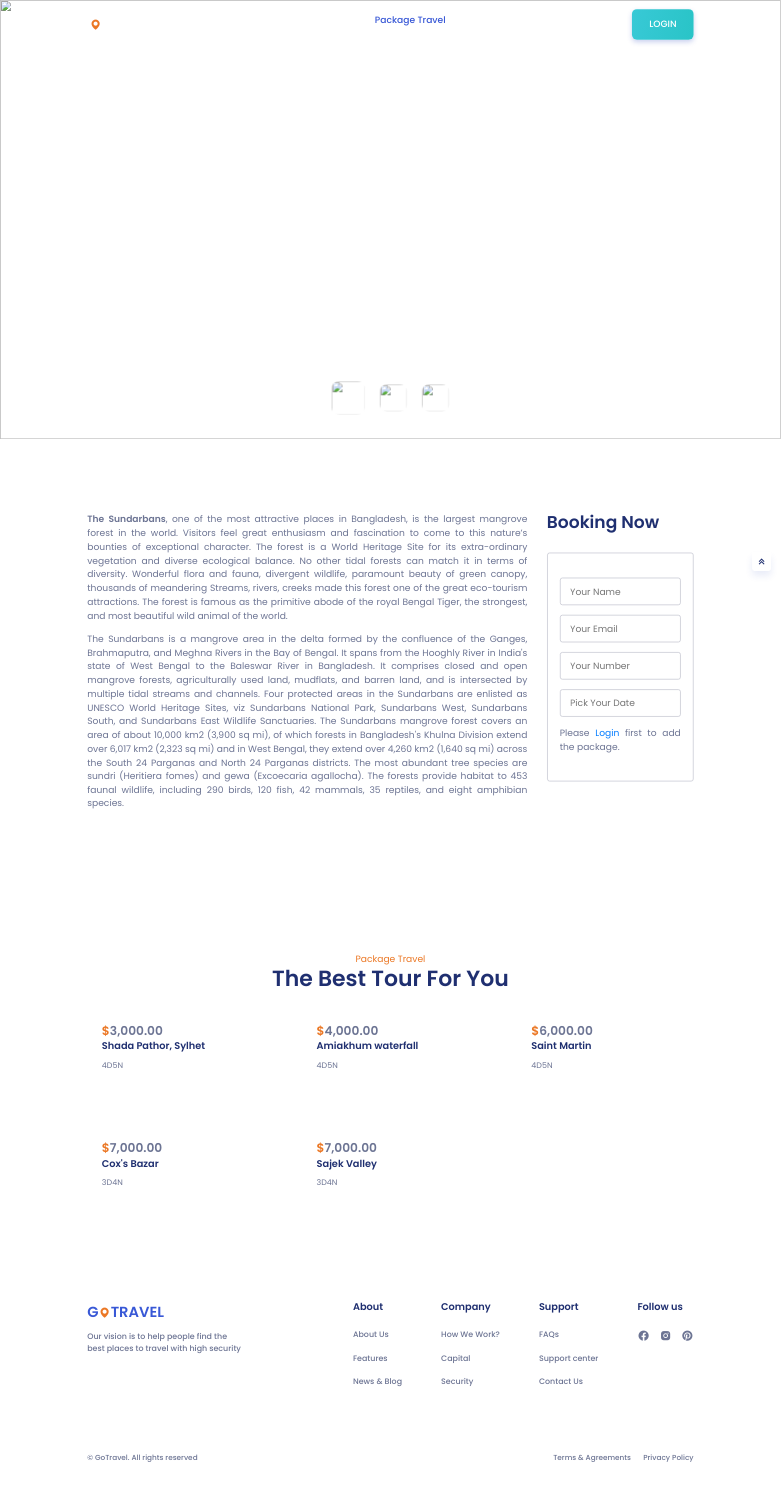
Repository: albushra2/GojordanForhamzeh
Page: http://localhost/travel-packages/sundarban
The author's editor kept a copy of each file at every save. The page is drawn from the files as they stood at one save, then again after the next save.
The browser window is 1280 px wide. The pictures show the whole page, at 61% of full size.
The page is served by the project's Laravel application, run on PHP 8.4 with Laravel 10. Other server files are loaded and not shown. The database holds what the project's SQL file puts in it.

Above is the page before, as saved 2024-05-17 18:24:00.

### resources/views/travel_packages/show.blade.php
@extends('layouts.frontend')

@section('content')
 <!--==================== HOME ====================-->
 <section>
        <div class="swiper-container gallery-top">
          <div class="swiper-wrapper">
          @foreach($travel_package->galleries as $gallery)
            <section class="islands swiper-slide">
              <img src="{{ Storage::url($gallery->images) }}" alt="" class="islands__bg" />

              <div class="islands__container container">
                <div class="islands__data">
                  <h2 class="islands__subtitle">Explore</h2>
                  <h1 class="islands__title">{{ $gallery->name }}</h1>
                </div>
              </div>
            </section>
          @endforeach
          </div>
        </div>

        <!--========== CONTROLS ==========-->
        <div class="controls gallery-thumbs">
          <div class="controls__container swiper-wrapper">
           @foreach($travel_package->galleries as $gallery)
            <img
              src="{{ Storage::url($gallery->images) }}"
              alt=""
              class="controls__img swiper-slide"
            />
           @endforeach
          </div>
        </div>
      </section>

      <section class="blog section" id="blog">
        <div class="blog__container container">
          <div class="content__container">
            <div class="blog__detail">
            {!! $travel_package->description !!}
            </div>
            <div class="package-travel">
              <h3>Booking Now</h3>
              <div class="card">
                <form action="{{ route('booking.store') }}" method="post">
                  @csrf
                  <input type="hidden" name="travel_package_id" value="{{ $travel_package->id }}">
                  <input type="text" name="name" placeholder="Your Name" />
                  <input type="email" name="email" placeholder="Your Email" />
                  <input type="number" name="number_phone" placeholder="Your Number" />
                  <input
                    placeholder="Pick Your Date"
                    class="textbox-n"
                    type="text"
                    name="date"
                    onfocus="(this.type='date')"
                    id="date"
                  />

                  @if(Auth::guard('travel_user')->check())
                  <form action="{{ route('booking.store') }}" method="POST">
                      @csrf
                      <!-- Form fields here -->
                      <button type="submit" class="btn btn-primary">Send</button>
                  </form>
                  @else
                      <p>Please <a href="#" data-toggle="modal" data-target="#loginModal"> Login</a> first to add the package.</p>
                  @endif

                </form>
              </div>
            </div>
          </div>
        </div>
      </section>

      <section class="section" id="popular">
        <div class="container">
          <span class="section__subtitle" style="text-align: center"
            >Package Travel</span
          >
          <h2 class="section__title" style="text-align: center">
            The Best Tour For You
          </h2>

          <div class="popular__all">
            @foreach($travel_packages as $travel_package)
            <article class="popular__card">
              <a href="{{ route('travel_package.show', $travel_package->slug) }}">
                <img
                  src="{{ Storage::url($travel_package->galleries->first()->images) }}"
                  alt=""
                  class="popular__img"
                />
                <div class="popular__data">
                  <h2 class="popular__price"><span>$</span>{{ number_format($travel_package->price,2) }}</h2>
                  <h3 class="popular__title">{{ $travel_package->location }}</h3>
                  <p class="popular__description">{{ $travel_package->type }}</p>
                </div>
              </a>
            </article>
            @endforeach
          </div>
        </div>
      </section>

    @if(session()->has('message'))
      <div id="alert" class="alert">
        {{ session()->get('message') }}
        <i class='bx bx-x alert-close' id="close"></i>
      </div>
    @endif
@endsection

@push('style-alt')
<style>
  .alert {
    position:absolute;
    top: 120px;
    left:0;
    right:0;
    background-color: var(--second-color);
    color: white;
    padding: 1rem;
    width: 70%;
    z-index: 99;
    margin: auto;
    border-radius: .25rem;
    text-align: center;
  }

  .alert-close {
    font-size: 1.5rem;
    color: #090909;
    position: absolute;
    top: .25rem;
    right: .5rem;
    cursor: pointer;
  }

  .button-container {
    text-align: center;
  }

  blockquote {
    border-left: 8px solid #b4b4b4;
    padding-left: 1rem;
  }

  .blog__detail ul li {
    list-style: initial;
  }
  .btn {
  display: inline-block;
  width: 100%;
  background: linear-gradient(101deg, #38c9d6, #29c4c7);
  color: #fff;
  padding: 14px 28px;
  border-radius: 0.5rem;
  font-size: 0.938rem;
  font-weight: 500;
  -webkit-box-shadow: 0 4px 8px rgba(39, 69, 190, 0.25);
          box-shadow: 0 4px 8px rgba(39, 69, 190, 0.25);
  -webkit-transition: 0.3s;
  transition: 0.3s;
  cursor: pointer;
}

.btn:hover {
  -webkit-box-shadow: 0 4px 12px rgba(39, 69, 190, 0.25);
          box-shadow: 0 4px 12px rgba(39, 69, 190, 0.25);
}
</style>
@endpush

@push('script-alt')
<script>
      let galleryThumbs = new Swiper('.gallery-thumbs', {
        spaceBetween: 0,
        slidesPerView: 0,
      });

      let galleryTop = new Swiper('.gallery-top', {
        effect: 'fade',
        loop: true,

        thumbs: {
          swiper: galleryThumbs,
        },
      });

      const close = document.getElementById('close');
      const alert = document.getElementById('alert');
      if(close) {
        close.addEventListener('click', function() {
          alert.style.display = 'none';
        })
      }
    </script>
@endpush

### database/gotravel.sql (the tables this page reads)
CREATE TABLE `galleries` (
  `id` bigint(20) UNSIGNED NOT NULL,
  `name` varchar(255) NOT NULL,
  `images` text NOT NULL,
  `travel_package_id` bigint(20) UNSIGNED NOT NULL,
  `created_at` timestamp NULL DEFAULT NULL,
  `updated_at` timestamp NULL DEFAULT NULL
) ENGINE=InnoDB DEFAULT CHARSET=utf8mb4 COLLATE=utf8mb4_unicode_ci;

INSERT INTO `galleries` (`id`, `name`, `images`, `travel_package_id`, `created_at`, `updated_at`) VALUES
(2, 'Tea Garden', 'travel_package/gallery/X75s7MfUNvj9RIZ6Eqv9SGToCuLnKHnZ3qPvcQu4.jpg', 1, '2024-04-28 08:55:43', '2024-05-17 15:27:54'),
(3, 'Boat Ride', 'travel_package/gallery/Q3RXKMqWjoC8Wq8tZMrbjRXcmVrjah6ppRN2Tlmo.jpg', 1, '2024-04-28 08:57:03', '2024-05-17 15:29:06'),
(4, 'Amiyakhum', 'travel_package/gallery/AxWsF3FqNkRJH1OqClnNFWLRohkPRhjfu7wnwcTQ.jpg', 2, '2024-04-28 09:00:44', '2024-05-17 15:32:01'),
(5, 'Thanchi', 'travel_package/gallery/NPixQLh6zeY1eFL5W5heD2ioGvk5JV8vWKvRei9X.jpg', 2, '2024-04-28 09:00:59', '2024-04-28 09:00:59'),
(6, 'Sunset', 'travel_package/gallery/IJn0qrtu2ovCUysxXkHZU39YLvU0tiXiBs86G7Pl.jpg', 3, '2024-04-28 09:14:39', '2024-04-28 09:14:39'),
(7, 'Morning', 'travel_package/gallery/Foj6NRWDdA6Eaq1gj2s9mV7ecvWxUCsCIvZqfc0R.jpg', 3, '2024-04-28 09:14:57', '2024-04-28 09:14:57'),
(9, 'Wild Sundarban', 'travel_package/gallery/BY7WwDUflbgU0Owuz3debbDWxuGHWHei7SAhRP8Q.jpg', 4, '2024-05-17 15:24:51', '2024-05-17 15:24:51'),
(10, 'Beauty', 'travel_package/gallery/3Uz2w0BKCFrwTc6RB5VB0MQUX1Kly2br2qq98u0U.jpg', 4, '2024-05-17 15:25:26', '2024-05-17 15:25:26'),
(11, 'Girl in Boat', 'travel_package/gallery/O9MHRwwBuArinq8CeYCoS7gjxg5NkXHoRULZ7TLD.jpg', 4, '2024-05-17 15:30:42', '2024-05-17 15:30:42'),
(12, 'Cox\'s Bazar Sea Beach', 'travel_package/gallery/IfdEQSYebi5DXhCoiER8yes8dAgFdcMmKRfz8X0c.jpg', 5, '2024-05-17 15:37:06', '2024-05-17 15:37:06'),
(13, 'Beach', 'travel_package/gallery/jyoWPqN0qXjft4Z4qFLO5LTNDYRPem5fU9dLfEfx.jpg', 5, '2024-05-17 15:37:37', '2024-05-17 15:37:37'),
(16, 'Mountain', 'travel_package/gallery/vrOQyKhHtCAZluSlNh6Ai0Y5mQazhrHQKWKXqY5b.jpg', 6, '2024-05-17 15:52:50', '2024-05-17 15:52:50'),
(17, 'Valley', 'travel_package/gallery/PedomR9QdyDfE9Sdc3JLGqjw7ycxusDwil9m2xmU.jpg', 6, '2024-05-17 15:53:49', '2024-05-17 15:53:49');

ALTER TABLE `galleries`
  ADD PRIMARY KEY (`id`),
  ADD KEY `galleries_travel_package_id_foreign` (`travel_package_id`);

ALTER TABLE `galleries`
  MODIFY `id` bigint(20) UNSIGNED NOT NULL AUTO_INCREMENT, AUTO_INCREMENT=18;

ALTER TABLE `galleries`
  ADD CONSTRAINT `galleries_travel_package_id_foreign` FOREIGN KEY (`travel_package_id`) REFERENCES `travel_packages` (`id`) ON DELETE CASCADE;

CREATE TABLE `travel_packages` (
  `id` bigint(20) UNSIGNED NOT NULL,
  `type` varchar(255) NOT NULL,
  `slug` varchar(255) NOT NULL,
  `location` varchar(255) NOT NULL,
  `price` int(11) NOT NULL,
  `description` text NOT NULL,
  `created_at` timestamp NULL DEFAULT NULL,
  `updated_at` timestamp NULL DEFAULT NULL
) ENGINE=InnoDB DEFAULT CHARSET=utf8mb4 COLLATE=utf8mb4_unicode_ci;

INSERT INTO `travel_packages` (`id`, `type`, `slug`, `location`, `price`, `description`, `created_at`, `updated_at`) VALUES
(1, '4D5N', 'shada-pathor-sylhet', 'Shada Pathor, Sylhet', 3000, '<p><strong>Sada Pathor (White Stone)</strong> Tourist Center is located at Bholaganj in <a href=\"https://en.wikipedia.org/wiki/Companiganj_Upazila,_Sylhet\">Companiganj Upazila</a> of Sylhet. Kompaniganj is a border Upazila located at a distance of 35 km from Sylhet city. And there is the kingdom of white stone (Sada Pathor). The place called ‘Sada Pathar’ has gained a reputation as a new tourist spot adjacent to Zero Point of Bholaganj Stone Quarry.</p><p>There are white stones scattered around. It seems that nature has spread a white bed. Clear blue water in the middle. Surrounded by a few hills, large and small. Clouds seemed to fall on him. In addition, there is green nature all around. All in all, nature is like a wonderful paradise. Tourists from far and wide flock to enjoy this wonderful place in the land of white rocks.</p><p><br><strong>Awareness and caution</strong></p><ul><li>You have no right to spoil the beauty of a place. You must not do anything that threatens the environment. Don’t throw the polythene or plastic bottles that endanger the environment without even knowing it. You should give nature the chance to survive.</li><li>The tourist spot is on the border of India. So it is better not to go near the border. Follow the instructions of Bangladesh Border Guard (BGB) members when traveling. And you can’t go into deep water even without forgetting. People who know how to swim are also in danger if they are caught in strong currents.</li><li>Try to come back as soon as possible, so that it is not evening.</li><li>Let the boatman know in advance how long you will stay in the Sada Pathor area. You can stay as long as you want.</li><li>If you want to visit Bholaganj Sada Pathar, Utmachhara, and Turangchhara in one day, you must leave very early in the morning.</li></ul>', '2024-04-28 08:51:51', '2024-05-19 00:38:13'),
(2, '4D5N', 'amiakhum-waterfall', 'Amiakhum waterfall', 4000, '<h4><strong>Kingdom Of Khum</strong></h4><p><br><strong>Amiakhum Waterfall</strong> is a magnificent waterfall located in Thanchi upazila of Bandarban district. It is one of the most inaccessible places in Bangladesh. The stream of cold water is coming down at a tremendous speed, spreading milky white foam over the green hills and stone barriers.</p><p>Tourists are mesmerized by the sound of falling water and the sound of flowing waves in the pure nature far away from the locality. The Amiakhum (Omiakhum) Falls near the Bangladesh-Myanmar border is known to many as the land of Bengal. Fascinated by the waterfall, some have called it the <i><strong>most beautiful waterfall in Bangladesh</strong></i>.</p><p>Usually every Khum is very beautiful. Their natural beauty is extraordinary. And if a few such Khum together create the Kingdom of Khum, then that’s a great thing. It is really a matter of luck to see a few beautiful khum at once. Let’s see the tour plan of Khum state.</p>', '2024-04-28 09:00:27', '2024-05-17 15:34:15'),
(3, '4D5N', 'saint-martin', 'Saint Martin', 6000, '<p>Saint Martin, a gem nestled in the heart of the Caribbean, beckons travelers with its pristine beaches, vibrant culture, and enchanting landscapes. Located in the northeastern Caribbean Sea, this idyllic island is divided between the French collectivity of Saint Martin and the Dutch territory of Sint Maarten, offering a rich tapestry of cultural influences.</p><p>On the French side, discover the allure of secluded coves and turquoise waters that fringe palm-fringed shores. Indulge in delectable French cuisine at charming bistros tucked away in quaint villages, where the aroma of freshly baked baguettes mingles with the salty sea breeze. Explore the vibrant markets and art galleries, where local artisans showcase their talents through colorful paintings and intricate crafts.</p><p>Crossing over to the Dutch side, Sint Maarten captivates with its bustling atmosphere and cosmopolitan flair. Enjoy duty-free shopping in Philipsburg, where luxury boutiques and lively casinos line the streets. Dive into the azure depths to explore vibrant coral reefs teeming with marine life, or embark on a sailing adventure to secluded islets dotting the horizon.</p><p>For the adventurous spirit, Saint Martin offers a myriad of outdoor activities, from hiking scenic trails to zip-lining through lush rainforests. Take in panoramic views from atop Pic Paradis, the island\'s highest point, or unwind on pristine beaches like Orient Bay and Maho Beach, famous for its thrilling airplane landings just meters above sunbathers.</p><p>Whether you seek relaxation on sun-drenched shores, cultural immersion in charming towns, or adrenaline-pumping adventures in the great outdoors, Saint Martin invites you to experience the magic of the Caribbean in all its splendor.</p>', '2024-04-28 09:14:23', '2024-05-19 00:38:22'),
(4, '3D4N', 'sundarban', 'Sundarban', 6000, '<p><strong>The Sundarbans</strong>, one of the most attractive places in Bangladesh, is the largest mangrove forest in the world. Visitors feel great enthusiasm and fascination to come to this nature’s bounties of exceptional character. The forest is a World Heritage Site for its extra-ordinary vegetation and diverse ecological balance. No other tidal forests can match it in terms of diversity. Wonderful flora and fauna, divergent wildlife, paramount beauty of green canopy, thousands of meandering Streams, rivers, creeks made this forest one of the great eco-tourism attractions. The forest is famous as the primitive abode of the royal Bengal Tiger, the strongest, and most beautiful wild animal of the world.</p><p>The Sundarbans is a mangrove area in the delta formed by the confluence of the Ganges, Brahmaputra, and Meghna Rivers in the Bay of Bengal. It spans from the Hooghly River in India\'s state of West Bengal to the Baleswar River in Bangladesh. It comprises closed and open mangrove forests, agriculturally used land, mudflats, and barren land, and is intersected by multiple tidal streams and channels. Four protected areas in the Sundarbans are enlisted as UNESCO World Heritage Sites, viz Sundarbans National Park, Sundarbans West, Sundarbans South, and Sundarbans East Wildlife Sanctuaries. The Sundarbans mangrove forest covers an area of about 10,000 km2 (3,900 sq mi), of which forests in Bangladesh\'s Khulna Division extend over 6,017 km2 (2,323 sq mi) and in West Bengal, they extend over 4,260 km2 (1,640 sq mi) across the South 24 Parganas and North 24 Parganas districts. The most abundant tree species are sundri (Heritiera fomes) and gewa (Excoecaria agallocha). The forests provide habitat to 453 faunal wildlife, including 290 birds, 120 fish, 42 mammals, 35 reptiles, and eight amphibian species.</p>', '2024-05-17 15:23:55', '2024-05-17 15:23:55'),
(5, '3D4N', 'coxs-bazar', 'Cox\'s Bazar', 7000, '<p><strong>Cox\'s Bazar</strong> is a renowned coastal town located in southeastern Bangladesh. Known for its long, unbroken stretch of sandy beach along the Bay of Bengal, it is considered the longest natural sea beach in the world, stretching over approximately 120 kilometers (75 miles). Here’s a detailed description:</p><h4><strong>Geography and Climate</strong></h4><p>Cox\'s Bazar is situated in the Chittagong Division and is bordered by the Bay of Bengal to the west. The town\'s geography is characterized by sandy beaches, rolling hills, and lush tropical forests. The climate is tropical, with a hot and humid summer, a monsoon season, and a mild winter.</p><h4><strong>Main Attractions</strong></h4><ol><li><strong>Cox\'s Bazar Beach</strong>: The main attraction, famous for its extensive sandy shoreline, gentle waves, and breathtaking sunsets.</li><li><strong>Himchari National Park</strong>: Known for its waterfalls and diverse wildlife, it\'s a popular spot for nature lovers.</li><li><strong>Inani Beach</strong>: Another picturesque beach located about 32 kilometers south of Cox\'s Bazar, known for its unique coral stones.</li><li><strong>Saint Martin\'s Island</strong>: A small island in the Bay of Bengal, known for its coral reefs and marine life, accessible by boat from Teknaf.</li><li><strong>Maheshkhali Island</strong>: Notable for its hills and the Adinath Temple, offering a blend of natural beauty and cultural heritage.</li></ol><h4><strong>Cultural and Historical Significance</strong></h4><p>Cox\'s Bazar has a rich cultural heritage with influences from various communities, including the Rakhine, Marma, and Chakma tribes. The town was named after Captain Hiram Cox, an officer of the British East India Company, who worked to rehabilitate Arakanese refugees in the late 18th century.</p>', '2024-05-17 15:36:38', '2024-05-17 15:36:38'),
(6, '3D4N', 'sajek-valley', 'Sajek Valley', 7000, '<h3><strong>Sajek Valley</strong></h3><p>Sajek Valley, nestled in the Rangamati District of the Chittagong Hill Tracts in Bangladesh, has emerged as a prime destination for tourists seeking natural beauty, adventure, and cultural experiences. Known for its lush green hills, serene environment, and stunning vistas, Sajek Valley is often referred to as the \"Queen of Hills and Roof of Rangamati.\"</p><h4><strong>Key Attractions</strong></h4><ul><li><strong>Sajek Valley Viewpoints</strong>: The valley offers breathtaking panoramic views of the hills, valleys, and the Sajek River. The landscape is often shrouded in mist, creating a magical and serene atmosphere.</li><li><strong>Konglak Hill</strong>: This hill is one of the highest peaks in the area and is a favorite spot for trekking. Visitors can enjoy stunning sunrise and sunset views from the summit, making it a must-visit for nature lovers and photographers.</li><li><strong>Helipad Area</strong>: A flat area used as a helipad that doubles as a popular viewpoint. It offers expansive views of the surrounding hills and valleys, making it a great spot for taking photographs and enjoying the natural beauty.</li><li><strong>Ruilui Para and Konglak Para</strong>: These are two prominent indigenous villages in the valley. Visitors can explore these villages to experience the local culture, traditions, and lifestyle of the indigenous communities, including the Chakma, Marma, and Tripura tribes.</li><li><strong>Hiking and Trekking Trails</strong>: Sajek Valley has numerous trails that are perfect for hiking and trekking enthusiasts. These trails provide opportunities to explore the dense forests, rolling hills, and diverse flora and fauna of the region.</li></ul><h4><strong>Accommodation and Facilities</strong></h4><ol><li><strong>Resorts and Cottages</strong>: The valley has seen the development of several resorts and cottages that offer comfortable accommodations with stunning views of the hills. Popular options include Sajek Resort, Meghpunji Resort, and Rungrang Cottage, among others.</li><li><strong>Local Eateries and Restaurants</strong>: There are several local eateries and restaurants where visitors can enjoy traditional Bangladeshi cuisine as well as local tribal dishes. Fresh fruits, especially pineapples and bananas, are widely available.</li><li><strong>Transportation</strong>: The journey to Sajek Valley is an adventure in itself, with winding roads that offer scenic views. Tourists typically travel by car or jeep from Khagrachari, the nearest major town, which is about 70 kilometers away. The road to Sajek, though challenging, adds to the overall experience.</li></ol>', '2024-05-17 15:50:41', '2024-05-17 15:50:41');

ALTER TABLE `travel_packages`
  ADD PRIMARY KEY (`id`),
  ADD UNIQUE KEY `travel_packages_slug_unique` (`slug`);

ALTER TABLE `travel_packages`
  MODIFY `id` bigint(20) UNSIGNED NOT NULL AUTO_INCREMENT, AUTO_INCREMENT=7;

Loaded but not shown: app/Http/Controllers/Auth/ConfirmPasswordController.php (common file); app/Http/Controllers/Controller.php (common file); public/frontend/assets/libraries/swiper-bundle.min.css (library); public/frontend/assets/libraries/scrollreveal.min.js (library); public/frontend/assets/libraries/swiper-bundle.min.js (library); public/frontend/assets/js/main.js (112 lines, source omitted); public/frontend/assets/css/style.css (1439 lines, source omitted); resources/views/layouts/frontend.blade.php (253 lines, source omitted); app/Http/Controllers/TravelPackageController.php (23 lines, source omitted); app/Models/TravelPackage.php (18 lines, source omitted); app/Models/Gallery.php (13 lines, source omitted); routes/web.php (61 lines, source omitted)

After the next save:
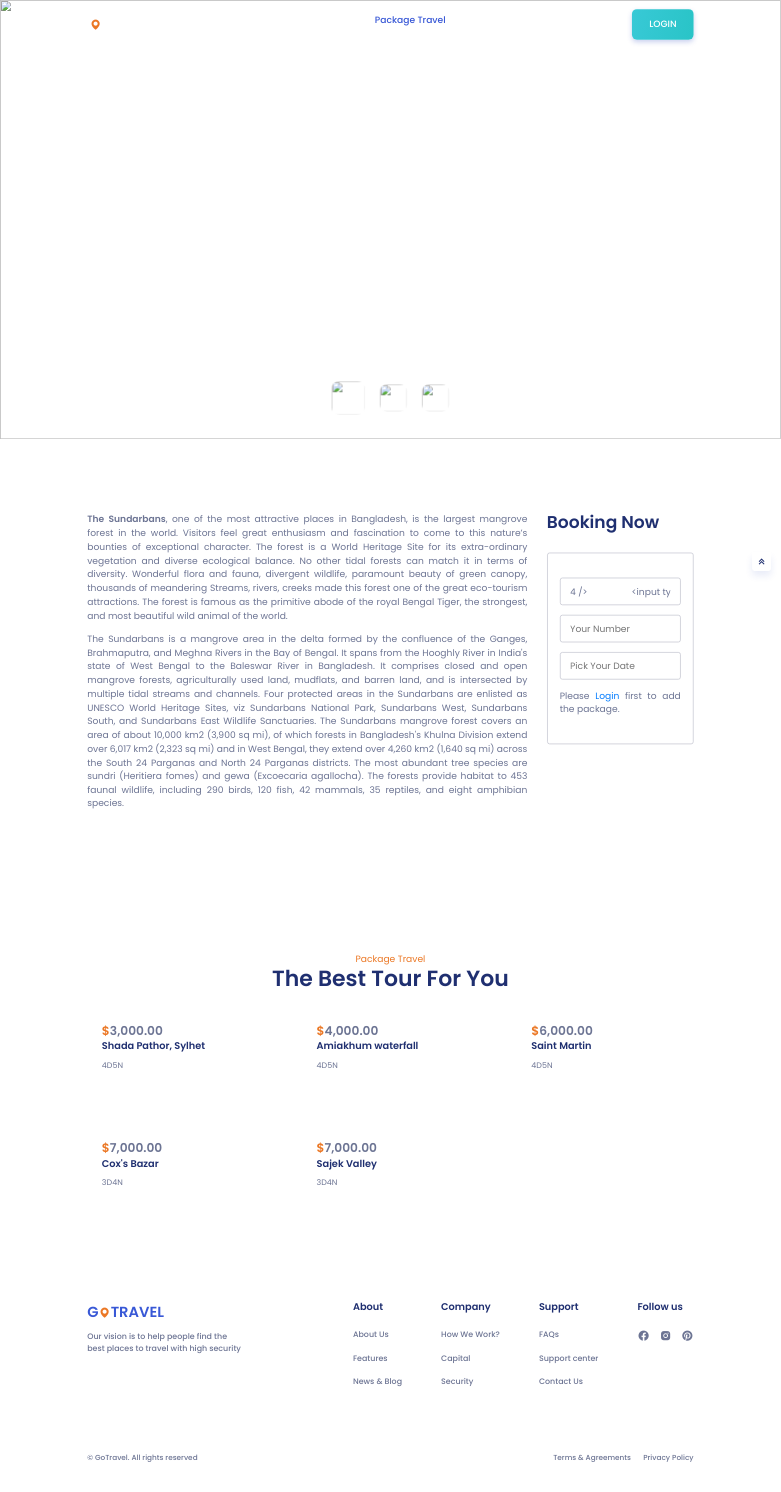
Saved 3 min 7 s later.
--- a/resources/views/travel_packages/show.blade.php
+++ b/resources/views/travel_packages/show.blade.php
@@ -46,7 +46,7 @@
                 <form action="{{ route('booking.store') }}" method="post">
                   @csrf
                   <input type="hidden" name="travel_package_id" value="{{ $travel_package->id }}">
-                  <input type="text" name="name" placeholder="Your Name" />
+                  <input type="text" name="name" value="{{ $travel_package->id }} />
                   <input type="email" name="email" placeholder="Your Email" />
                   <input type="number" name="number_phone" placeholder="Your Number" />
                   <input
